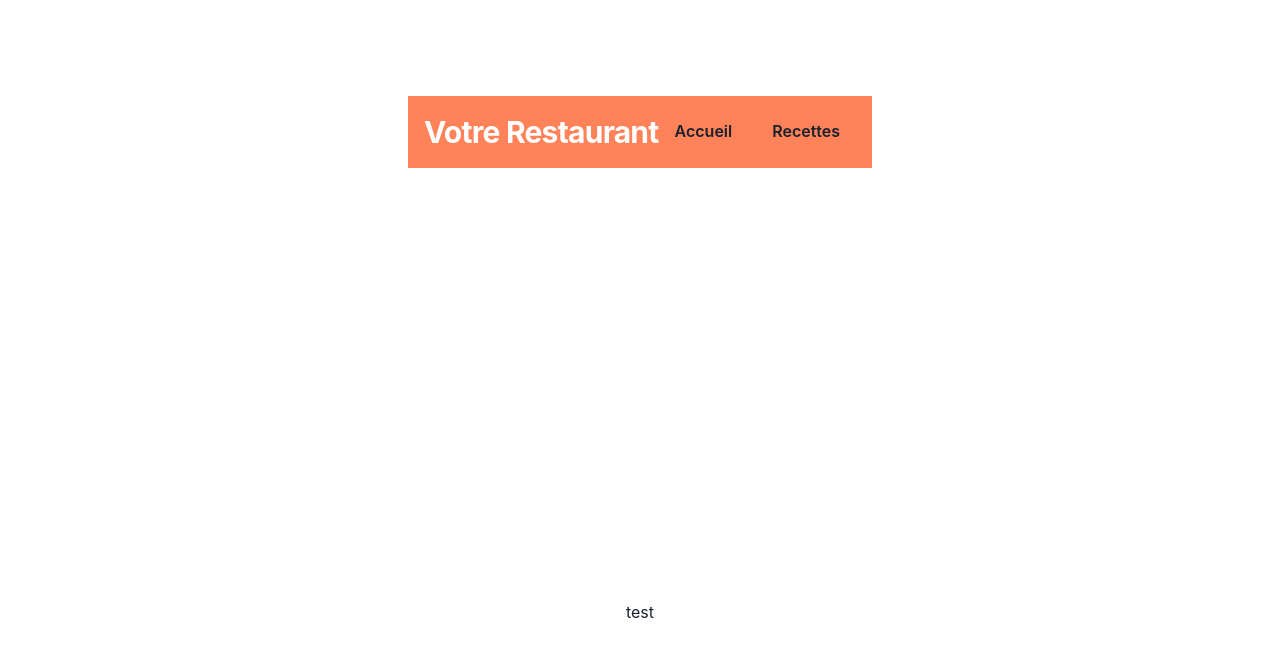
Repository: Ecaron76/tp-restau-next
Page: /
An editor plug-in stored every save of this project. The page is shown before and after the next save, followed by the edit.
The browser window is 1280 px wide. The pictures show the whole page.
The project was rebuilt for these pictures with package versions that can differ from the ones it lists, and the page was loaded fresh each time. The framework's server and built-in components were replaced by stand-ins that run in the browser. Also part of the build but not shown: next.config.mjs.

Above is the page before, as saved 2024-02-25 17:56:35.

### src/app/layout.tsx
'use client'

import { Inter } from "next/font/google";
import "./globals.css";
import { ChakraProvider, extendTheme  } from '@chakra-ui/react'
const theme = extendTheme({
  colors: {
    brand: {
      50: '#ffeee6',
      100: '#ffc7b7',
      200: '#ffa788',
      300: '#ff8259',
      400: '#ff5b29',
      500: '#ff3300',
      600: '#cc2900',
      700: '#991f00',
      800: '#661600',
      900: '#330c00',
    },
  },
});



export function Providers({ children }: { children: React.ReactNode }) {
  return <ChakraProvider theme={theme}>{children}</ChakraProvider>
}

export default function RootLayout({
  children,
}: Readonly<{
  children: React.ReactNode;
}>) {
  return (
    <html lang="en">
      <body>
        <Providers>{children}</Providers>
      </body>
    </html>
  );
}

### src/app/page.tsx
import Image from "next/image";
import styles from "./page.module.css";
import Header from "@/components/Header/Header";

export default function Home() {
  return (
    <main className={styles.main}>
      <Header/>
      <p>test</p>
    </main>
  );
}

### src/app/globals.css
:root {
  --max-width: 1100px;
  --border-radius: 12px;
  --font-mono: ui-monospace, Menlo, Monaco, "Cascadia Mono", "Segoe UI Mono",
    "Roboto Mono", "Oxygen Mono", "Ubuntu Monospace", "Source Code Pro",
    "Fira Mono", "Droid Sans Mono", "Courier New", monospace;

  --foreground-rgb: 0, 0, 0;
  --background-start-rgb: 214, 219, 220;
  --background-end-rgb: 255, 255, 255;

  --primary-glow: conic-gradient(
    from 180deg at 50% 50%,
    #16abff33 0deg,
    #0885ff33 55deg,
    #54d6ff33 120deg,
    #0071ff33 160deg,
    transparent 360deg
  );
  --secondary-glow: radial-gradient(
    rgba(255, 255, 255, 1),
    rgba(255, 255, 255, 0)
  );

  --tile-start-rgb: 239, 245, 249;
  --tile-end-rgb: 228, 232, 233;
  --tile-border: conic-gradient(
    #00000080,
    #00000040,
    #00000030,
    #00000020,
    #00000010,
    #00000010,
    #00000080
  );

  --callout-rgb: 238, 240, 241;
  --callout-border-rgb: 172, 175, 176;
  --card-rgb: 180, 185, 188;
  --card-border-rgb: 131, 134, 135;
}

@media (prefers-color-scheme: dark) {
  :root {
    --foreground-rgb: 255, 255, 255;
    --background-start-rgb: 0, 0, 0;
    --background-end-rgb: 0, 0, 0;

    --primary-glow: radial-gradient(rgba(1, 65, 255, 0.4), rgba(1, 65, 255, 0));
    --secondary-glow: linear-gradient(
      to bottom right,
      rgba(1, 65, 255, 0),
      rgba(1, 65, 255, 0),
      rgba(1, 65, 255, 0.3)
    );

    --tile-start-rgb: 2, 13, 46;
    --tile-end-rgb: 2, 5, 19;
    --tile-border: conic-gradient(
      #ffffff80,
      #ffffff40,
      #ffffff30,
      #ffffff20,
      #ffffff10,
      #ffffff10,
      #ffffff80
    );

    --callout-rgb: 20, 20, 20;
    --callout-border-rgb: 108, 108, 108;
    --card-rgb: 100, 100, 100;
    --card-border-rgb: 200, 200, 200;
  }
}

* {
  box-sizing: border-box;
  padding: 0;
  margin: 0;
}

html,
body {

  overflow-x: hidden;
}

body {
  color: rgb(var(--foreground-rgb));
  background: linear-gradient(
      to bottom,
      transparent,
      rgb(var(--background-end-rgb))
    )
    rgb(var(--background-start-rgb));
}

a {
  color: inherit;
  text-decoration: none;
}

@media (prefers-color-scheme: dark) {
  html {
    color-scheme: dark;
  }
}

### src/components/Header/Header.tsx
import { Box, Flex, Heading, Spacer, Button } from '@chakra-ui/react';
import NextLink from 'next/link'; // Pour gérer la navigation entre les pages

const Header = () => {
  return (
    <Box bg="brand.300" p={4} color="white">
      <Flex alignItems="center" maxW="1200px" mx="auto">
        {/* Logo ou Nom du restaurant */}
        <Heading as="h1" size="lg" letterSpacing="tight">
          <NextLink href="/" passHref>

              Votre Restaurant

          </NextLink>
        </Heading>

        <Spacer />

        {/* Liens de navigation */}
        <Box>
          <NextLink href="/" passHref>
            <Button  variant="ghost" mr={2}>
              Accueil
            </Button>
          </NextLink>
          <NextLink href="/recettes" passHref>
            <Button  variant="ghost">
              Recettes
            </Button>
          </NextLink>
        </Box>
      </Flex>
    </Box>
  );
};

export default Header;

Loaded but not shown: src/app/page.module.css (common file)

After the next save:
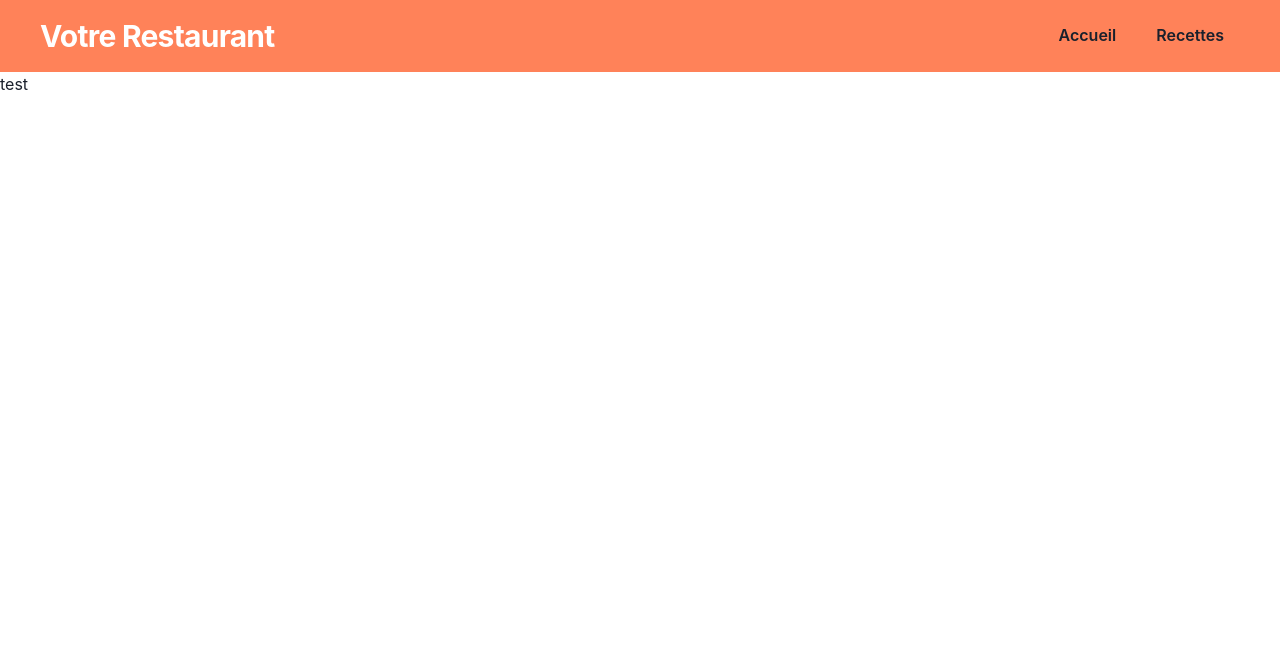
Saved 16 s later.
--- a/src/app/page.tsx
+++ b/src/app/page.tsx
@@ -4,7 +4,7 @@ import Header from "@/components/Header/Header";
 
 export default function Home() {
   return (
-    <main className={styles.main}>
+    <main >
       <Header/>
       <p>test</p>
     </main>
